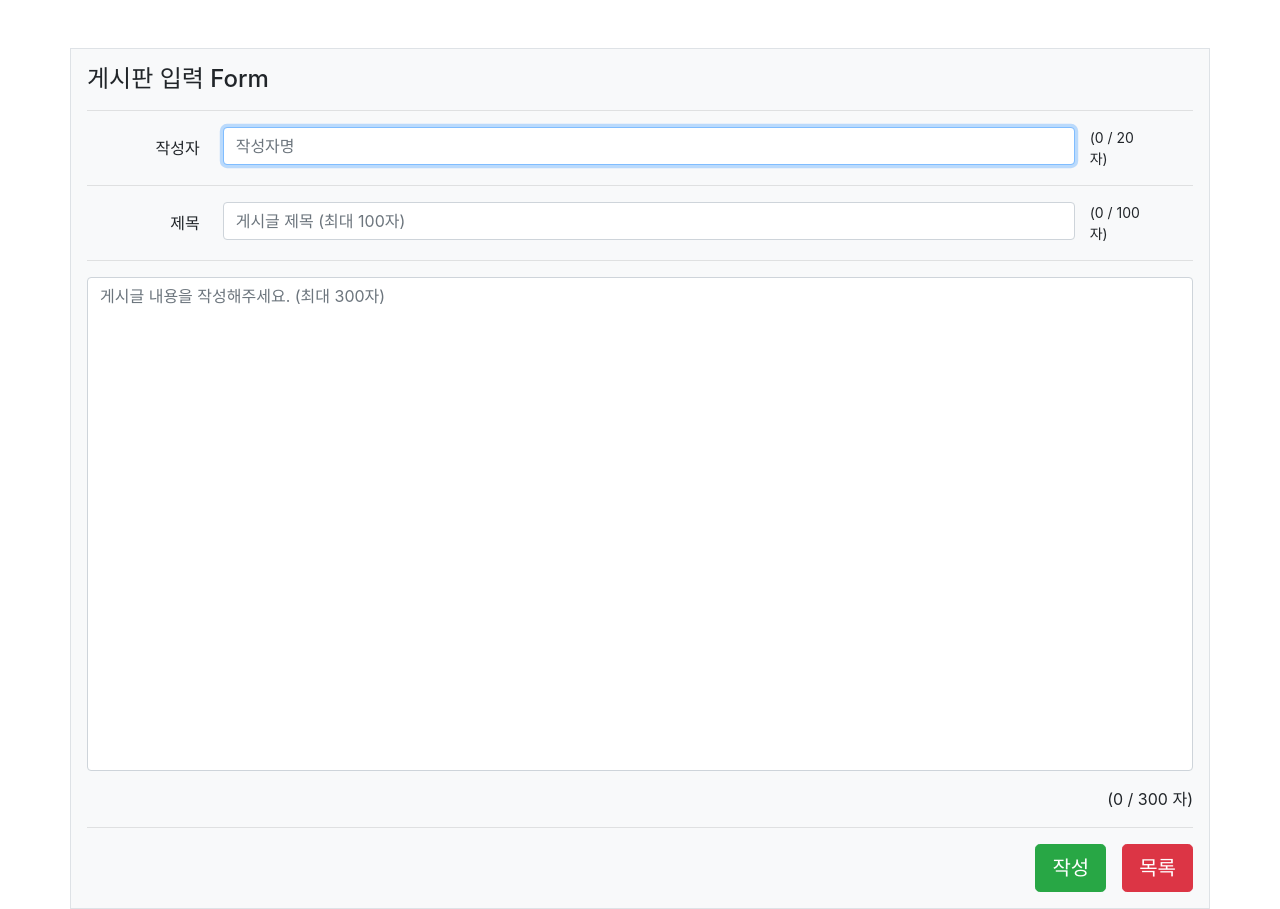
Repository: rasz60/ezen
Page: http://localhost/jspMVC/
These files come from the project's save history. The page is drawn as it stood at one moment and after the next save; the edit follows.
The browser window is 1280 px wide. The pictures show the whole page.
Some web libraries are served in a nearby version. The page is served by Tomcat 9.

Above is the page before, as saved 2022-02-15 01:48:40.

After the next save:
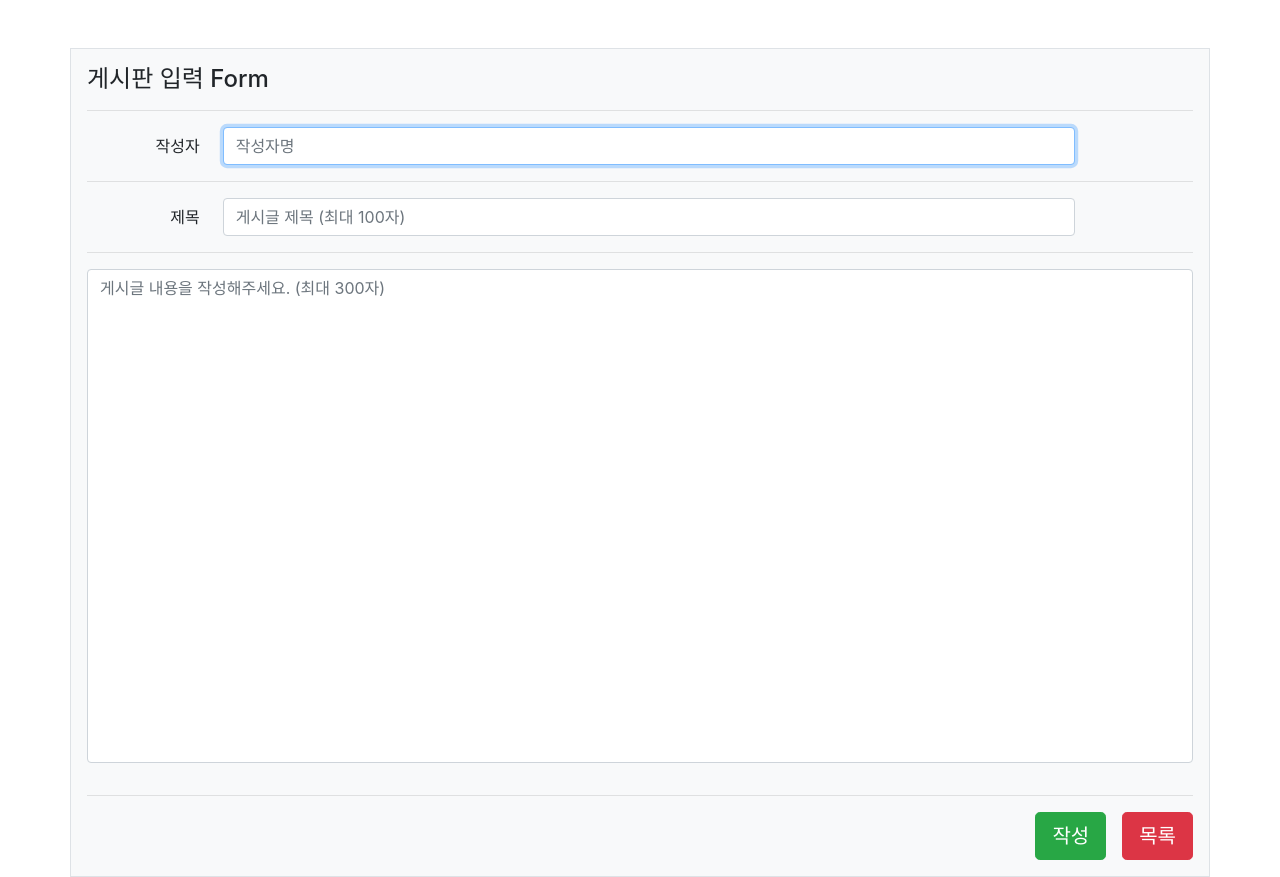
Saved 30 min 45 s later.
--- a/04_jsp_servlet-workspace/jspMVC/src/main/webapp/writeForm.jsp
+++ b/04_jsp_servlet-workspace/jspMVC/src/main/webapp/writeForm.jsp
@@ -43,19 +43,19 @@ textarea {
 		<div class="form-group row">
 			<label for="bName" class="col-1 text-right ml-5 mr-2 my-auto" >작성자</label>
 			<input type="text" name="bName" id="bName" class="form-control col-9" autofocus placeholder="작성자명"/>
-			<small class="d-flex col-1 mt-auto" id="bNameCount">(0 / 20 자)</small>
+			<small class="d-flex col-1 mt-auto" id="bNameCount"></small>
 		</div>
 		<hr />
 		<div class="form-group row">
 			<label for="bTitle" class="col-1 text-right ml-5 mr-2 my-auto">제목</label>
 			<input type="text" name="bTitle" id="bTitle" class="form-control col-9" placeholder="게시글 제목 (최대 100자)"/>
-			<small class="d-flex col-1 mt-auto" id="bTitleCount">(0 / 100 자)</small>
+			<small class="d-flex col-1 mt-auto" id="bTitleCount"></small>
 		</div>
 		<hr />
 		<div class="form-group text-center">
 			<textarea name="bContent" id="bContent" cols="100" rows="20" class="form-control" placeholder="게시글 내용을 작성해주세요. (최대 300자)"></textarea>
 		</div>
-		<span class="d-flex justify-content-end" id="bContentCount">(0 / 300 자)</span>
+		<span class="d-flex justify-content-end" id="bContentCount"></span>
 		<hr />
 		<div class="d-flex justify-content-end">
 			<input type="submit" value="작성" class="btn btn-success btn-lg mr-3" onclick="return checkWrite()" />
